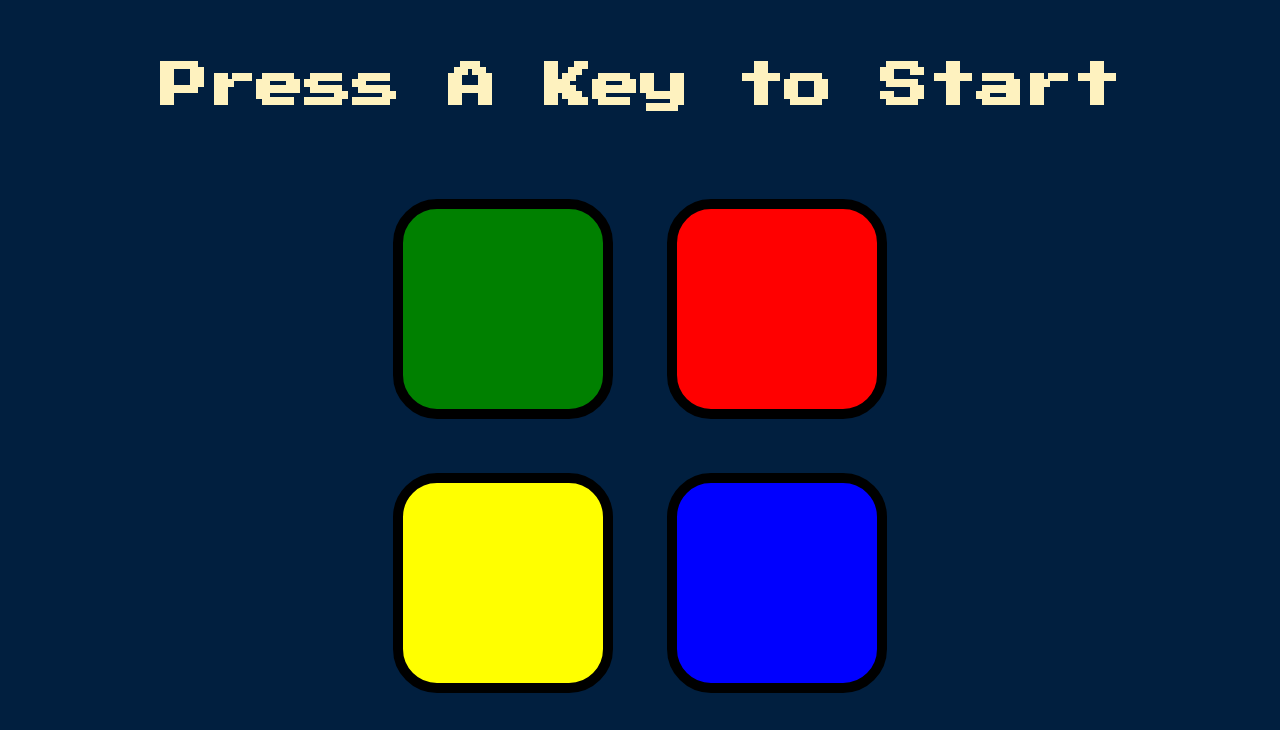
Repository: doncsar/yu-frontend-bootcamp
Page: 19-simon-game-challenge/index.html
An editor plug-in stored every save of this project. The page is shown before and after a run of saves, followed by the edit.
The browser window is 1280 px wide. The pictures show the whole page.
After loading, the first visible `#green` was clicked once.

Above is the page before, as saved 2024-01-28 19:11:42.

After the next 5 saves:
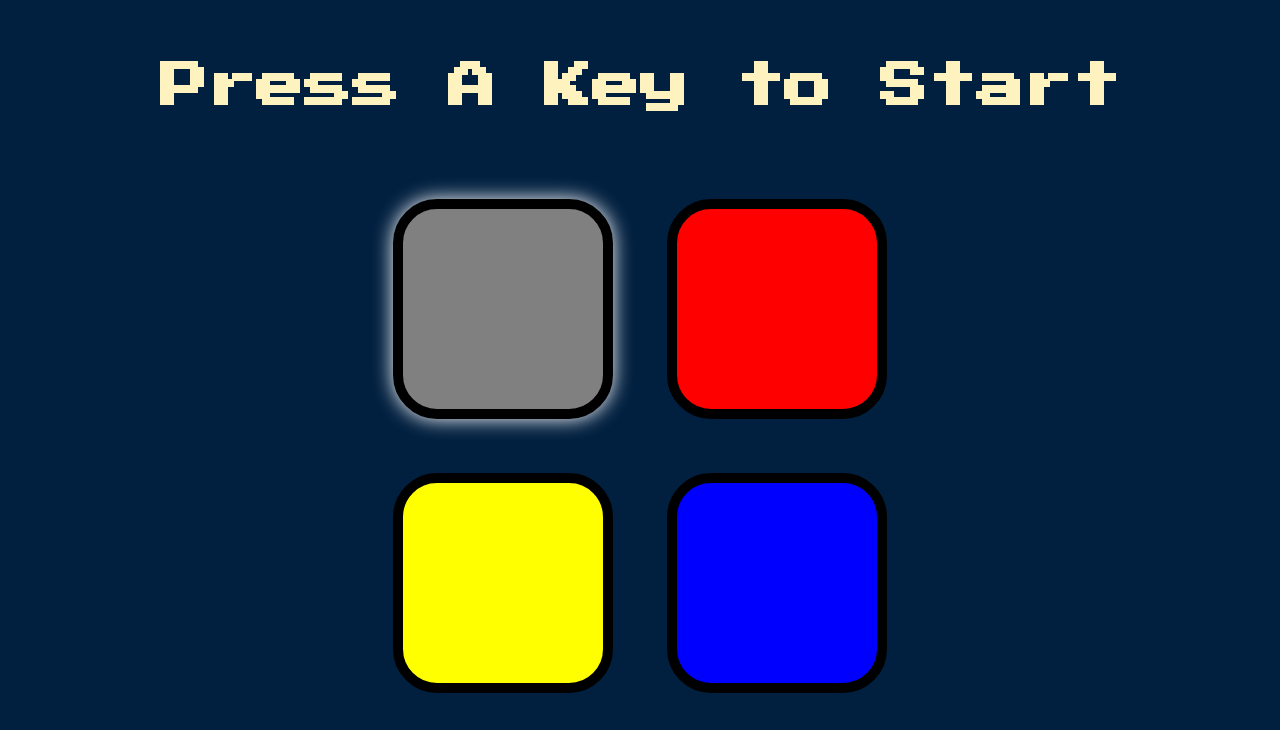
The 5 saves are shown as one change because they came seconds apart.
The last was saved 33 s later.
--- a/19-simon-game-challenge/game.js
+++ b/19-simon-game-challenge/game.js
@@ -12,7 +12,8 @@
       // $(this).animate({ opacity: 0 }, 100, 'linear', function () {
       //    $(this).animate({ opacity: 1 }, 100) // Restore opacity after 100ms
    // })
-   $(this).addClass('pressed').removeClass('pressed');;
+   $(this).addClass('pressed')
+   setTimeout()
 }
 
 $('.btn').on('click', flashButton)
